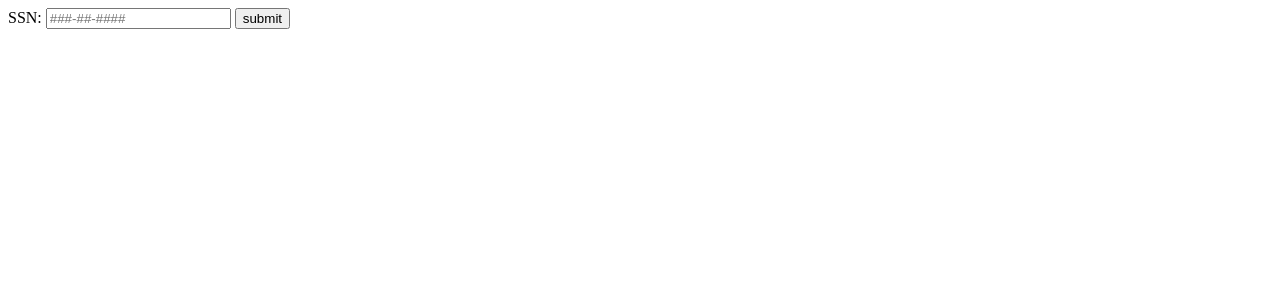
Repository: BlessingAjiboye/WEB222NBA
Page: patternemail.html
The author's editor kept a copy of each file at every save. The page is drawn from the files as they stood at one save, then again after the next save.
The browser window is 1280 px wide. The pictures show the whole page.

Above is the page before, as saved 2023-07-25 21:14:08.

After the next save:
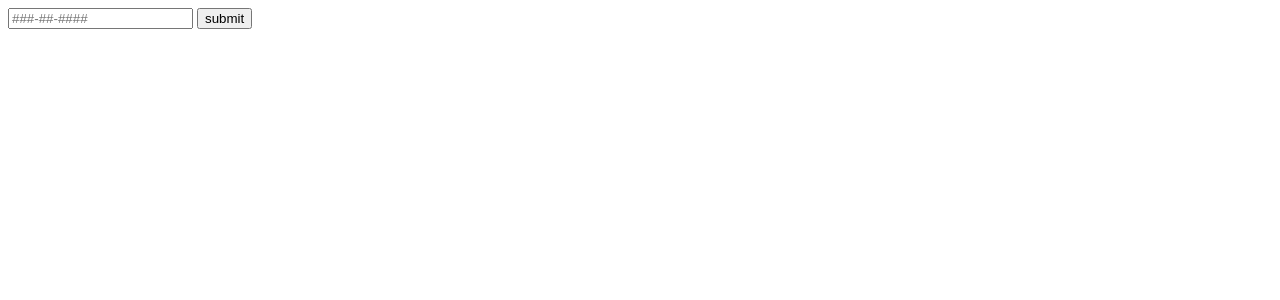
Saved 5 min 19 s later.
--- a/patternemail.html
+++ b/patternemail.html
@@ -7,9 +7,12 @@
 </head>
 <body>
 
-SSN: <input type="text" name="ssn" pattern="^\d{3}-\d{2}-\d{4}$"
-            placeholder="###-##-####" title="The Social Security Number">
-<button type="submit" class="btn3">submit</button>
+<form onsubmit="return validateForm()">
+  <input type="text" name="ssn" pattern="^\d{3}-\d{2}-\d{4}$"
+         placeholder="###-##-####" title="The Social Security Number">
+  <button type="submit" class="btn3">submit</button>
+</form>
+
 
 
 
